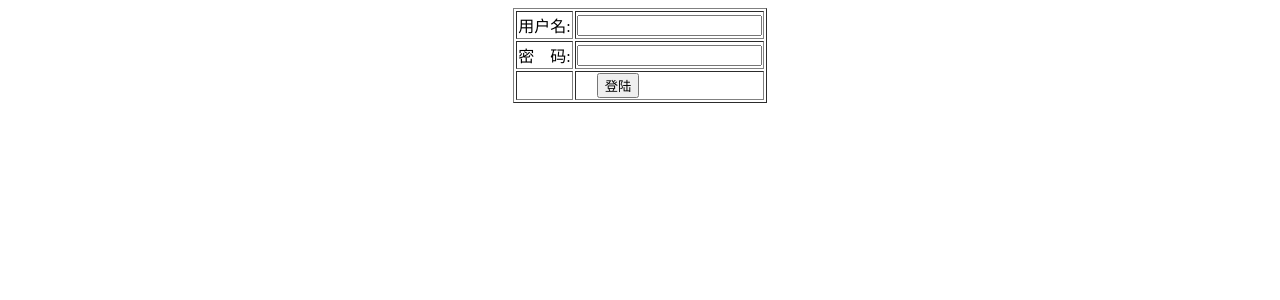
Repository: YuHaoXiang/Yhx
Page: http://localhost/StudentMsg/login.jsp
These files come from the project's save history. The page is drawn as it stood at one moment and after the next save; the edit follows.
The browser window is 1280 px wide. The pictures show the whole page.
The page is served by Tomcat 9. Other server files are loaded and not shown.

Above is the page before, as saved 2016-03-07 03:30:30.

### StudentMsg/WebContent/login.jsp
<%@page import="java.sql.*"%>
<%@ page language="java" contentType="text/html; charset=utf-8"
    pageEncoding="utf-8"%>
<!DOCTYPE html PUBLIC "-//W3C//DTD HTML 4.01 Transitional//EN" "http://www.w3.org/TR/html4/loose.dtd">
<html>
<head>
<meta http-equiv="Content-Type" content="text/html; charset=utf-8">
<title>用户登陆</title>
</head>
<body>
<center>
<form action="/StudentMsg/DBConnectionServlet" method="get" >
	<table border="1">
		<tr><td>用户名:</td><td><input type="text" name="username" ></td></tr>
		<tr><td>密 &nbsp; &nbsp;码:</td><td><input type="password" name="userpwd" ></td></tr>
		<tr><td></td><td> &nbsp; &nbsp; &nbsp;<input type="submit"  value="登陆" ></td></tr>
	</table>

</form>
</center>
</body>
</html>

After the next save:
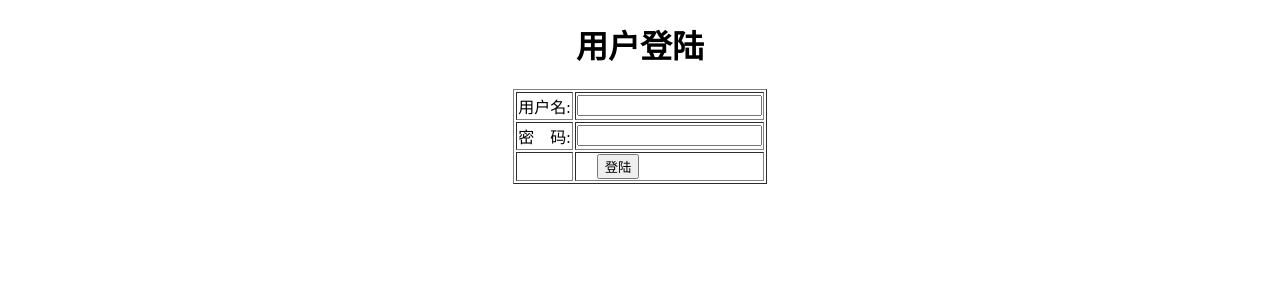
Saved 28 s later.
--- a/StudentMsg/WebContent/login.jsp
+++ b/StudentMsg/WebContent/login.jsp
@@ -9,6 +9,7 @@
 </head>
 <body>
 <center>
+<h1>用户登陆</h1>
 <form action="/StudentMsg/DBConnectionServlet" method="get" >
 	<table border="1">
 		<tr><td>用户名:</td><td><input type="text" name="username" ></td></tr>
